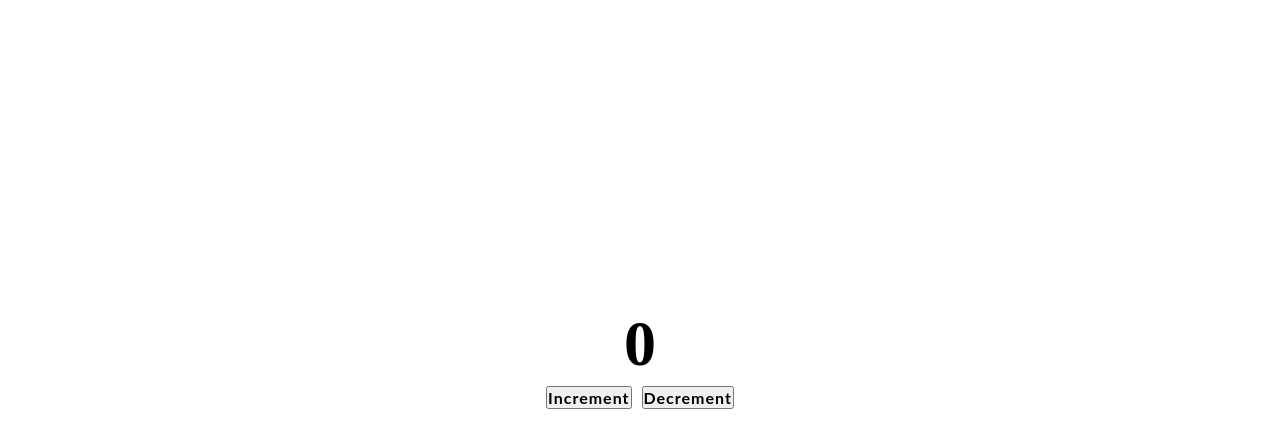
Repository: Ellisvelandia/react_introduction_test
Page: /
These files come from the project's save history. The page is drawn as it stood at one moment and after the next save; the edit follows.
The browser window is 1280 px wide. The pictures show the whole page.
The project was rebuilt for these pictures with package versions that can differ from the ones it lists, and the page was loaded fresh each time. Also part of the build but not shown: src/index.css.

Above is the page before, as saved 2022-08-15 19:59:14.

After the next save:
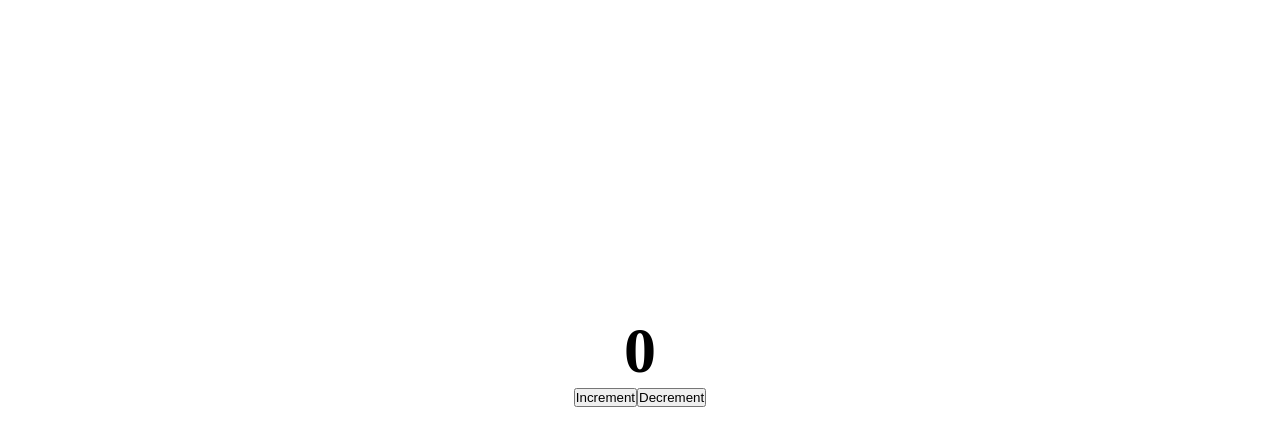
Saved 5 s later.
--- a/src/App.js
+++ b/src/App.js
@@ -1,4 +1,4 @@
-import "./App.css";
+import "./App.scss";
 import React, { useState } from "react";
 
 const App = () => {
